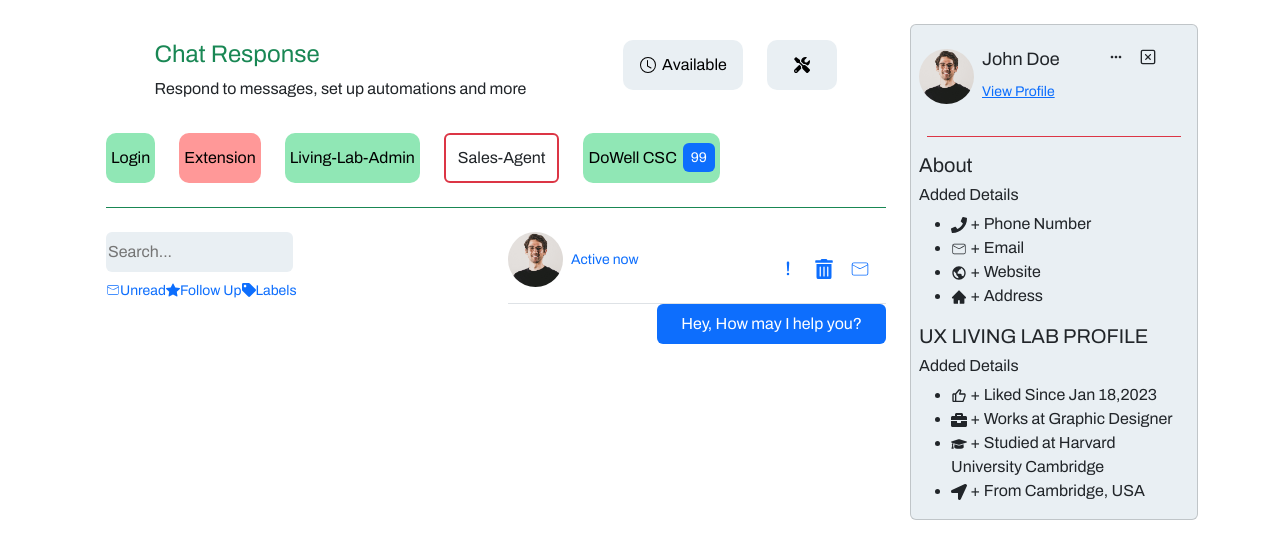
Repository: uh-sman/UX-Living-Lab-Chat
Page: /
These files come from the project's save history. The page is drawn as it stood at one moment and after the next save; the edit follows.
The browser window is 1280 px wide. The pictures show the whole page.
The project was rebuilt for these pictures with package versions that can differ from the ones it lists, and the page was loaded fresh each time.

Above is the page before, as saved 2023-05-10 18:08:54.

After the next save:
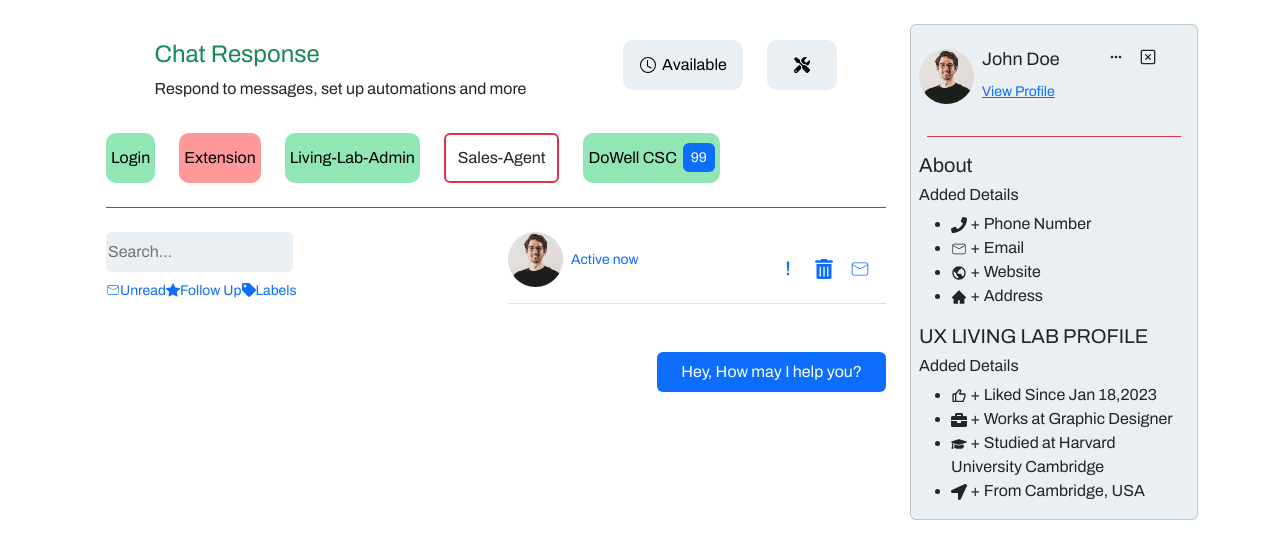
Saved 15 s later.
--- a/src/container/Chats/message/Message.jsx
+++ b/src/container/Chats/message/Message.jsx
@@ -7,10 +7,10 @@ const Message = () => {
       <div className="d-flex justify-content-end ">
         {message ? (
           <div
-            className="bg-primary text-white rounded d-flex align-items-center "
+            className="bg-primary text-white rounded d-flex align-items-center my-5"
             style={{ width: "auto", height: "40px", listStyle: "none" }}
           >
-            <li className="mx-4 my-5">Hey, How may I help you? </li>
+            <li className="mx-4 ">Hey, How may I help you? </li>
           </div>
         ) : null}
       </div>
